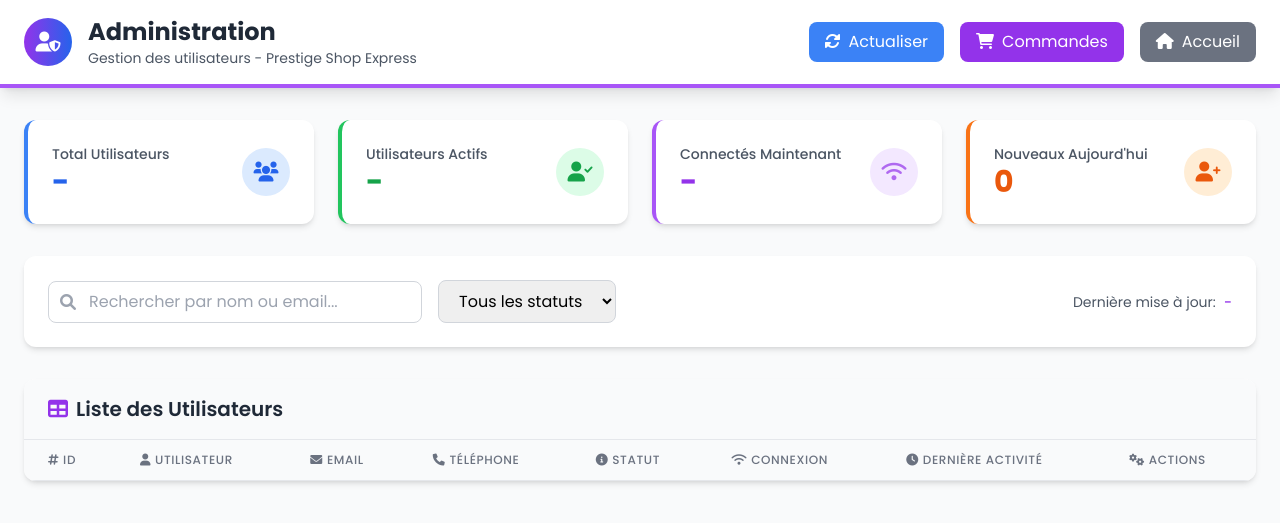
Repository: prestige225/prestige-shop-express-frontend
Page: admin.html
The author's editor kept a copy of each file at every save. The page is drawn from the files as they stood at one save, then again after the next save.
The browser window is 1280 px wide. The pictures show the whole page.
The page's requests for data from a server got no answer. Some web libraries are served in a nearby version.

Above is the page before, as saved 2025-10-19 03:37:27.

After the next save:
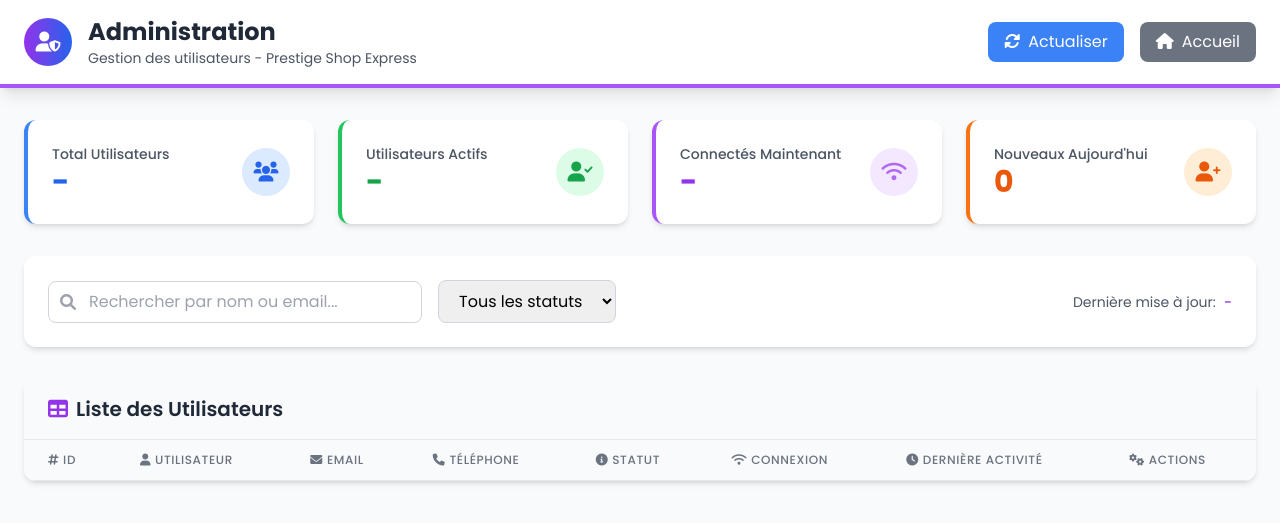
Saved 19 min 33 s later.
--- a/admin.html
+++ b/admin.html
@@ -66,9 +66,6 @@
                     <button onclick="refreshData()" class="bg-blue-500 hover:bg-blue-600 text-white px-4 py-2 rounded-lg transition-colors">
                         <i class="fas fa-sync-alt mr-2"></i>Actualiser
                     </button>
-                    <a href="admin_commandes.html" class="bg-purple-600 hover:bg-purple-700 text-white px-4 py-2 rounded-lg transition-colors">
-                        <i class="fas fa-shopping-cart mr-2"></i>Commandes
-                    </a>
                     <a href="index.html" class="bg-gray-500 hover:bg-gray-600 text-white px-4 py-2 rounded-lg transition-colors">
                         <i class="fas fa-home mr-2"></i>Accueil
                     </a>
